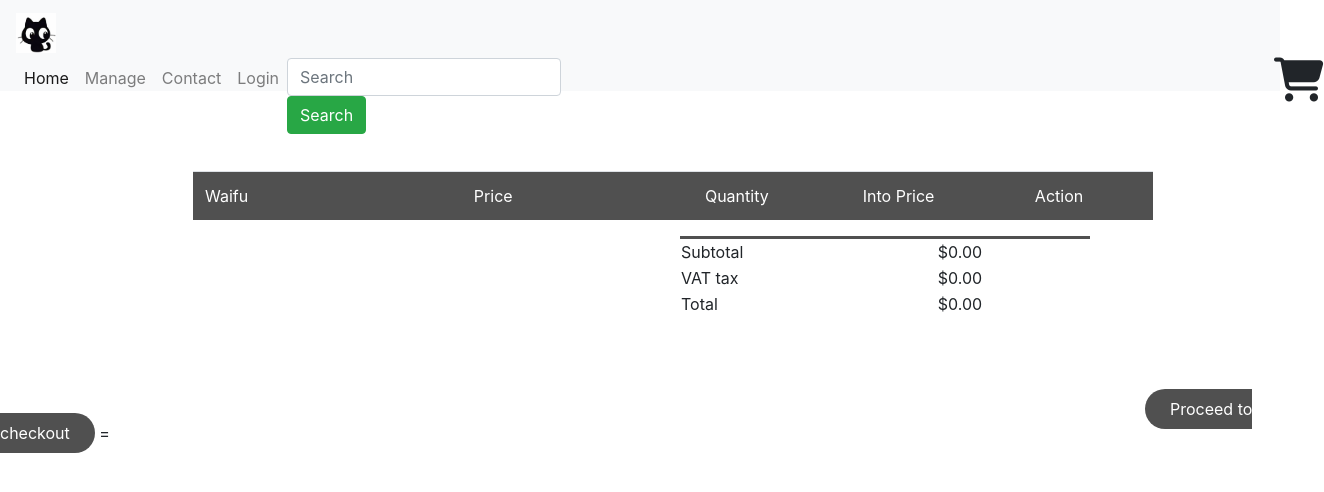
Repository: skikes11/Server-Monitor-Installation-Instructions
Page: http://localhost/web_ex_crud/Cart.jsp
The author's editor kept a copy of each file at every save. The page is drawn from the files as they stood at one save, then again after the next save.
The browser window is 1280 px wide. The page is 1324 px wide, so the pictures cover 1324 px, including what lies to the right of the window. The pictures show the whole page.
Some web libraries are served in a nearby version. The page is served by Tomcat 9.

Above is the page before, as saved 2021-08-25 08:21:51.

After the next save:
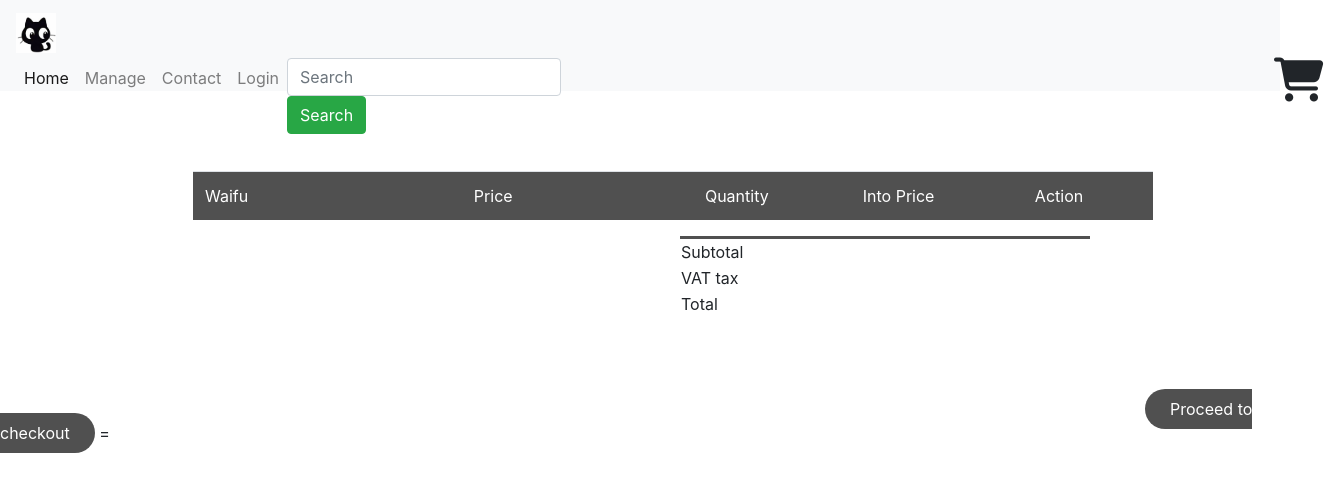
Saved 4 h 45 min later.
--- a/web_ex_crud/src/main/webapp/Cart.jsp
+++ b/web_ex_crud/src/main/webapp/Cart.jsp
@@ -5,7 +5,6 @@
 <%@ page language="java" contentType="text/html; charset=ISO-8859-1"
     pageEncoding="ISO-8859-1"%>
 <%@page import="java.util.Map"%>
-<%@ taglib prefix = "fmt" uri = "http://java.sun.com/jsp/jstl/fmt" %>
 <%@ taglib uri="http://java.sun.com/jsp/jstl/core" prefix="c"%>
 <!DOCTYPE html>
 <html>
